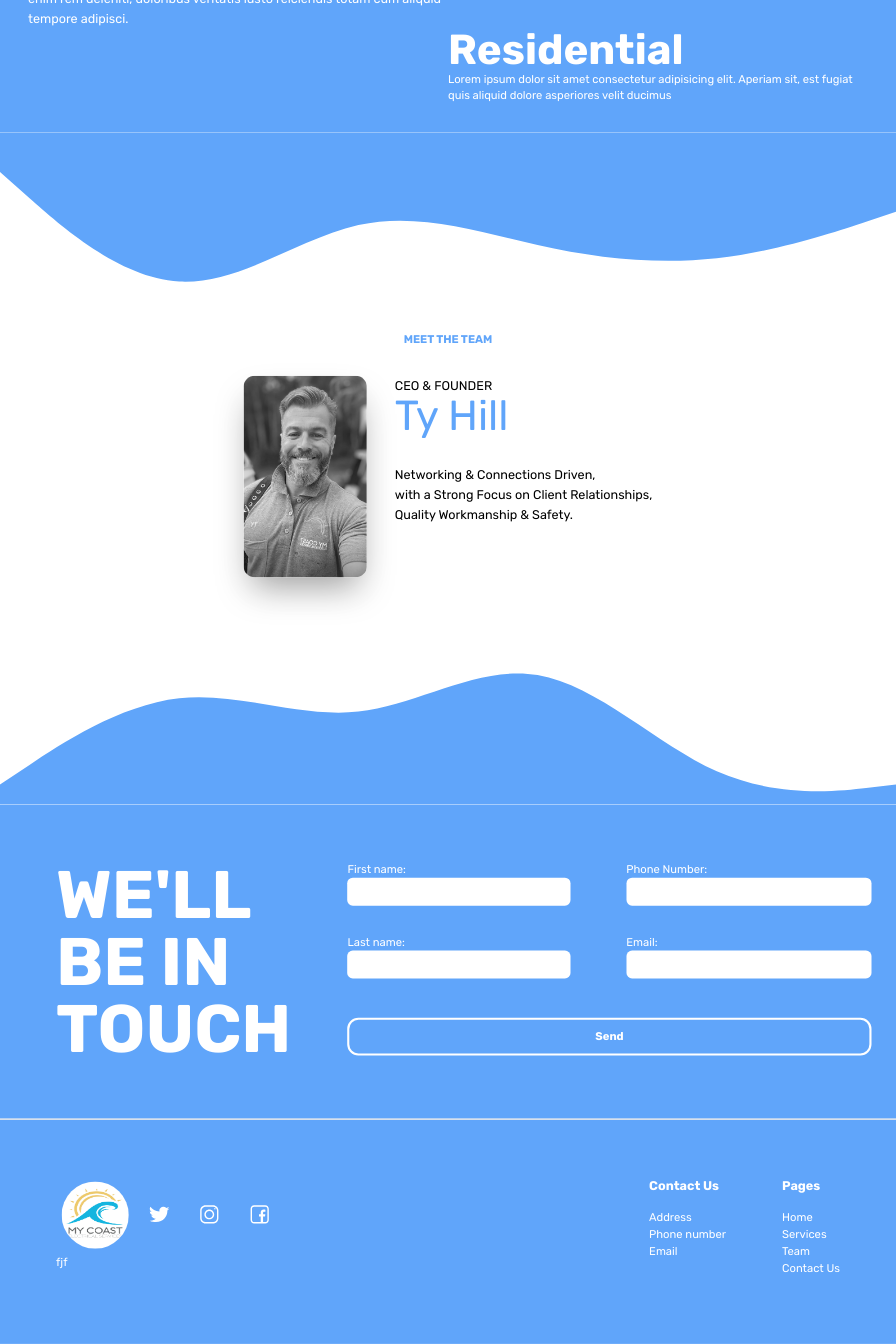
Repository: Jace-Kington/mce-website
Page: /
These files come from the project's save history. The page is drawn as it stood at one moment and after the next save; the edit follows.
The browser window is 1280 px wide. The pictures show the part of the page from y = 1377 to 3297 px (the page is 3297 px tall), at 70% of full size.
The project was rebuilt for these pictures with package versions that can differ from the ones it lists, and the page was loaded fresh each time. The framework's server and built-in components were replaced by stand-ins that run in the browser. Also part of the build but not shown: next.config.js.

Above is the page before, as saved 2022-11-12 14:29:58.

### pages/index.js

import Navbar from '../components/Navbar'
import Services from '../components/Services'
import MeetUs from '../components/Meet-us'
import ContactUs from '../components/ContactUs'
import Footer from '../components/Footer'

export default function Home() {
  return (
    <div>
      <head>
        <link rel="preconnect" href="https://fonts.googleapis.com"/>
        <link rel="preconnect" href="https://fonts.gstatic.com" crossorigin/>
        <link href="https://fonts.googleapis.com/css2?family=Rubik:ital,wght@0,400;0,500;0,700;0,900;1,800;1,900&display=swap" rel="stylesheet"/>
        <meta charset="UTF-8"/>
        <meta name="viewport" content="width=device-width, initial-scale=1.0, user-scalable=0"/>
        <title>My Coat Electrical</title>
      </head>
      <Navbar/>
      <Services/>
      <MeetUs/>
      <ContactUs/>
      <Footer/>
    </div>
  )
}

### styles/globals.css
@tailwind base;
@tailwind components;
@tailwind utilities;

* {
  font-family: 'Rubik';
}

### components/Navbar.jsx
import React from 'react'
import Image from 'next/image'
import image_2 from '../assets/logo-1.png'
import HamburgerMenu from './Hamburger'
import Link from 'next/link'

const Navbar = () => {
  return (
    <div className=''>
      <div className='flex justify-between items-center md:hidden'>
      <Image alt = "" src={image_2} className='rounded-full p-2 h-28 w-28' />

        <HamburgerMenu className = ''/>
      </div>

      <div className='md:flex hidden justify-between items-center ml-5 mr-5'>
        <Image alt = "" src={image_2} className='rounded-full p-2 h-28 w-28' />
        <div className='flex gap-10 items-center'>
          <a className='hover:text-blue-400 transition ease-in' href='#services-section'>
            Services
          </a>

          <a className='hover:text-blue-400 transition ease-in ' href="#meet-us">
            Team
          </a>

          <div className=''>
            <a className='bg-blue-400 hover:bg-blue-500 transition ease-in rounded-2xl p-3' href="#contact-us">
              <span className='text-white'>Enquire Now</span>
            </a>
          </div>

        </div>
      </div>

      <div className='sm:grid sm:grid-cols-2'>
        <div className='text-center sm:text-left text-blue-400 mt-12 ml-12'>
          <div className='text-5xl sm:text-7xl'>
            The Best
          </div>
          <strong className='text-5xl sm:text-7xl'>Trade Services</strong>
          <div className='text-5xl sm:text-7xl'>
            On the Sunny Coast
          </div>

          <div className='outline-rounded mt-12 bg-white'>
            <a  style = {{'border-width': '4px', 'border-color': '#60a5fa'}} className='rounded-2xl hover:bg-blue-400 hover:text-white transition p-4' href="#contact-us">
              Get Started
            </a>
          </div>
        </div>
        <div className='md:flex hidden'>
            <Image src={image_2} alt= ""/>
        </div>
      </div>
      <svg xmlns="http://www.w3.org/2000/svg" viewBox="0 0 1440 320"><path fill="#60a5fa" fill-opacity="1" d="M0,192L48,186.7C96,181,192,171,288,160C384,149,480,139,576,144C672,149,768,171,864,197.3C960,224,1056,256,1152,261.3C1248,267,1344,245,1392,234.7L1440,224L1440,320L1392,320C1344,320,1248,320,1152,320C1056,320,960,320,864,320C768,320,672,320,576,320C480,320,384,320,288,320C192,320,96,320,48,320L0,320Z"></path></svg>
    </div>
  )
}

export default Navbar

### components/Services.tsx
import React from 'react'

const Services = () => {
  return (
    <div id = 'services-section' className = 'bg-blue-400'>
        <div className = 'text-white text-center font-semibold text-lg uppercase underline-offset-1'>Our Services</div>
        <div className = 'grid grid-cols-2 m-10'>
            <div className = ''>
                <div className = 'text-white text-3xl sm:text-6xl font-bold'>Commercial</div>
                <div className = 'text-white text-lg'>Lorem ipsum dolor sit, amet consectetur adipisicing elit. Eaque culpa at enim rem deleniti, doloribus veritatis iusto reiciendis totam cum aliquid tempore adipisci. </div>
            </div>
            <div className = ''>

            </div>
            <div>

            </div>
            <div>
                <div className = 'text-white text-3xl sm:text-6xl font-bold'>Residential</div>
                <div className = 'text-white'>Lorem ipsum dolor sit amet consectetur adipisicing elit. Aperiam sit, est fugiat quis aliquid dolore asperiores velit ducimus </div>
            </div>
        </div>
        <svg className = 'bg-white' xmlns="http://www.w3.org/2000/svg" viewBox="0 0 1440 320">
        <path fill="#60a5fa" fill-opacity="1" d="M0,64L48,106.7C96,149,192,235,288,240C384,245,480,171,576,149.3C672,128,768,160,864,181.3C960,203,1056,213,1152,202.7C1248,192,1344,160,1392,144L1440,128L1440,0L1392,0C1344,0,1248,0,1152,0C1056,0,960,0,864,0C768,0,672,0,576,0C480,0,384,0,288,0C192,0,96,0,48,0L0,0Z"></path>
        </svg>
    </div>
  )
}

export default Services

### components/Meet-us.tsx
import React from 'react'
import Image from 'next/image'
import image_2 from '../assets/ty-photo.png'


const MeetUs = () => {
  return (
    <div id = "meet-us" className = 'max-w-[100%]'>
        <div className = 'text-blue-400 uppercase font-semibold text-center'>Meet the Team</div>

        <div className = 'justify-center flex gap-10 m-10'>
            <div>
              <Image alt = "" className = 'rounded-2xl shadow-2xl shadow-blue-400 grayscale h-72 w-44' src = {image_2}/>
            </div>
            <div>
                <div className = 'uppercase text-lg'>CEO & Founder</div>
                <div className = 'text-6xl text-blue-400 pb-10'>Ty Hill</div>
                <div className = 'text-lg'>
                  <div className = ''>Networking & Connections Driven, </div>
                  <div>with a Strong Focus on Client Relationships,</div>
                  <div>Quality Workmanship & Safety.</div>
                </div>

            </div>
        </div>

        <svg xmlns="http://www.w3.org/2000/svg" viewBox="0 0 1440 320"><path fill="#60a5fa" fill-opacity="1" d="M0,288L48,256C96,224,192,160,288,149.3C384,139,480,181,576,170.7C672,160,768,96,864,112C960,128,1056,224,1152,266.7C1248,309,1344,299,1392,293.3L1440,288L1440,320L1392,320C1344,320,1248,320,1152,320C1056,320,960,320,864,320C768,320,672,320,576,320C480,320,384,320,288,320C192,320,96,320,48,320L0,320Z"></path></svg>
    </div>
  )
}

export default MeetUs

### components/ContactUs.jsx
import React, { useRef } from 'react'
import emailjs from '@emailjs/browser'
import { ToastContainer, toast } from 'react-toastify'
import 'react-toastify/dist/ReactToastify.css'

const ContactUs = () => {
  const toast_success = () => { toast('Email Sent!'); }
  const toast_fail = () => { toast('Error'); }

  const form = useRef();

  const sendEmail = (e) => {
    e.preventDefault();

    emailjs.sendForm('service_16oy9kb', 'template_p83nfjr', form.current, '7jHtCbxop4BW2nz9r')
      .then((result) => {
          console.log(result.text);
          toast_success();
      }, (error) => {
          console.log(error.text);
          toast_fail();
      });
  };

  return (
    <div id = "contact-us" className = 'bg-blue-400'>
        <div className = 'sm:flex'>
          <div className = 'text-white uppercase font-semibold p-20 text-8xl'>
              <div className='md:flex hidden'>We&apos;ll</div>
              <div className='md:flex hidden'>Be In</div>
              <div className='md:flex hidden'>Touch</div>
          </div>
          <div className='text-white uppercase text-center text-4xl font-semibold md:hidden'>
            We'll Be in Touch
          </div>
          <form ref = {form} onSubmit = {sendEmail} className = 'pt-20'>
            <div className = 'flex gap-20 '>
              <div className = 'flex flex-col gap-10'>
                <div>
                  <label className = 'text-white' for="fname">First name:</label>
                  <input className = 'rounded-lg p-2 outline-1 outline-white w-full' type="text" id="fname" name="fname"/>
                </div>
                <div>
                  <label className = 'text-white' for="lname">Last name:</label>
                  <input className = 'rounded-lg p-2 outline-1 outline-white w-full' type="text" id="lname" name="lname"/>
                </div>
              </div>
              <div>
              <div className = 'flex flex-col gap-10'>
                <div>
                  <label className = 'text-white' for="phonenumber">Phone Number:</label>
                  <input className = 'rounded-lg p-2 outline-1 outline-white w-full' type="text" id="phonenumber" name="phonenumber"/>
                </div>
                <div>
                  <label className = 'text-white' for="email">Email:</label>
                  <input className = 'rounded-lg p-2 outline-1 outline-white w-full' type="text" id="email" name="email"/>
                </div>
              </div>
              </div>
            </div>

            <div>
              <button style = {{'border-width': '3px', 'border-color': 'white'}} className = 'text-center w-full p-3 rounded-2xl font-semibold hover:text-blue-400 text-white transition ease-in bg-blue-400 hover:bg-white mt-14'>Send</button>
              <ToastContainer
  position="top-right"
  autoClose={5000}
  hideProgressBar={true}
  newestOnTop={false}
  closeOnClick
  rtl={false}
  pauseOnFocusLoss
  draggable
  pauseOnHover
  toastStyle = {{'background-color': 'rgb(34 197 94)', 'color': 'white', 'border-radius': '1rem', 'padding': '15px'}}
  />
            </div>
          </form>
        </div>
      </div>
  )
}

export default ContactUs

### components/Footer.tsx
import React from 'react'
import image_2 from '../assets/logo-1.png'
import Image from 'next/image'

const Footer = () => {
  return (
    <div className = 'border-t-2 border-gray pb-4 bg-blue-400'>
        <div className = 'flex justify-between text-white p-20'>
            <div className = ''>
                <div className = 'flex items-center gap-5'>
                <Image alt = "" src= {image_2} className = 'items-start rounded-full p-2 h-28 w-28'/>

                <div className = 'flex gap-10 text-white'>
                    <svg fill="#fff" xmlns="http://www.w3.org/2000/svg"  viewBox="0 0 16 16" width="32px" height="32px"><path d="M 15 3.296875 C 14.476563 3.523438 13.949219 3.691406 13.367188 3.746094 C 13.949219 3.410156 14.417969 2.84375 14.648438 2.226563 C 14.066406 2.5625 13.484375 2.789063 12.84375 2.902344 C 12.257813 2.339844 11.5 2 10.683594 2 C 9.109375 2 7.824219 3.242188 7.824219 4.765625 C 7.824219 4.988281 7.824219 5.214844 7.882813 5.386719 C 4.875 5.386719 2.8125 3.691406 1.414063 2 C 1.121094 2.394531 1.003906 2.902344 1.003906 3.410156 C 1.003906 4.367188 1.53125 5.214844 2.289063 5.722656 C 1.820313 5.667969 1.355469 5.554688 1.003906 5.386719 C 1.003906 5.386719 1.003906 5.386719 1.003906 5.441406 C 1.003906 6.796875 1.996094 7.921875 3.28125 8.148438 C 3.046875 8.203125 2.8125 8.261719 2.519531 8.261719 C 2.347656 8.261719 2.171875 8.261719 1.996094 8.207031 C 2.347656 9.335938 3.976563 10.632813 5.257813 10.632813 C 4.265625 11.363281 3.34375 12 1.5 12 C 1.265625 12 1.453125 12 1 12 C 2.28125 12.789063 3.800781 13 5.375 13 C 10.683594 13 13.542969 8.769531 13.542969 5.101563 C 13.542969 4.988281 13.542969 4.878906 13.542969 4.765625 C 14.125 4.367188 14.59375 3.863281 15 3.296875"/></svg>
                    <svg fill="#fff" xmlns="http://www.w3.org/2000/svg"  viewBox="0 0 16 16" width="32px" height="32px"><path d="M 4.773438 1 C 2.695313 1 1 2.695313 1 4.773438 L 1 10.230469 C 1 12.304688 2.695313 14 4.773438 14 L 10.230469 14 C 12.304688 14 14 12.304688 14 10.226563 L 14 4.773438 C 14 2.695313 12.304688 1 10.226563 1 Z M 4.773438 2 L 10.226563 2 C 11.765625 2 13 3.234375 13 4.773438 L 13 10.226563 C 13 11.765625 11.765625 13 10.230469 13 L 4.773438 13 C 3.234375 13 2 11.765625 2 10.230469 L 2 4.773438 C 2 3.234375 3.234375 2 4.773438 2 Z M 11.5 3 C 11.222656 3 11 3.222656 11 3.5 C 11 3.777344 11.222656 4 11.5 4 C 11.777344 4 12 3.777344 12 3.5 C 12 3.222656 11.777344 3 11.5 3 Z M 7.5 4 C 5.574219 4 4 5.574219 4 7.5 C 4 9.425781 5.574219 11 7.5 11 C 9.425781 11 11 9.425781 11 7.5 C 11 5.574219 9.425781 4 7.5 4 Z M 7.5 5 C 8.886719 5 10 6.113281 10 7.5 C 10 8.886719 8.886719 10 7.5 10 C 6.113281 10 5 8.886719 5 7.5 C 5 6.113281 6.113281 5 7.5 5 Z"/></svg>
                    <svg fill="#fff" xmlns="http://www.w3.org/2000/svg"  viewBox="0 0 16 16" width="32px" height="32px"><path d="M 3.5 1 C 2.1250151 1 1 2.1250151 1 3.5 L 1 11.5 C 1 12.874985 2.1250151 14 3.5 14 L 11.5 14 C 12.874985 14 14 12.874985 14 11.5 L 14 3.5 C 14 2.1250151 12.874985 1 11.5 1 L 3.5 1 z M 3.5 2 L 11.5 2 C 12.335015 2 13 2.6649849 13 3.5 L 13 11.5 C 13 12.335015 12.335015 13 11.5 13 L 9.9042969 13 L 9.9042969 8.9667969 L 11.300781 8.9667969 L 11.509766 7.3574219 L 9.9042969 7.3574219 L 9.9042969 6.3320312 C 9.9042969 5.8660312 10.034031 5.5488281 10.707031 5.5488281 L 11.566406 5.5488281 L 11.566406 4.109375 C 11.417406 4.089375 10.907453 4.046875 10.314453 4.046875 C 9.0764531 4.046875 8.2304688 4.795875 8.2304688 6.171875 L 8.2304688 7.3574219 L 7 7.3535156 L 7 8.9628906 L 8.2304688 8.9667969 L 8.2304688 13 L 3.5 13 C 2.6649849 13 2 12.335015 2 11.5 L 2 3.5 C 2 2.6649849 2.6649849 2 3.5 2 z"/></svg>
                </div>
                </div>


                <div className = ''>
                    <div>fjf</div>
                </div>
            </div>

            <div className='flex gap-20'>
                <div className = ''>
                    <div className = 'text-lg font-bold pb-5'>
                        Contact Us
                    </div>
                    <div>
                        Address
                    </div>
                    <div>
                        Phone number
                    </div>
                    <div>
                        Email
                    </div>
                </div>

                <div>
                    <div className = 'text-lg font-bold pb-5'>
                        Pages
                    </div>

                    <div>
                        Home
                    </div>
                    <div>
                        Services
                    </div>
                    <div>
                        Team
                    </div>
                    <div>
                        Contact Us
                    </div>
                </div>
            </div>
        </div>
    </div>
  )
}

export default Footer

### components/Hamburger.jsx
import Link from 'next/link'
import { slide as Menu } from 'react-burger-menu'

const HamburgerMenu = () => (<div className='relative p-2'>
    <Menu customBurgerIcon={<HamburgerIcon />} width={'auto'} className='left-0 top-12' >
        <Links />
    </Menu>
</div>)

const HamburgerIcon = () => (<div className='p-1/2'><svg className="w-8 h-8 text-gray-500" fill="none" strokeLinecap="round" strokeLinejoin="round" strokeWidth="2" viewBox="0 0 24 24" stroke="currentColor"><path d="M4 6h16M4 12h16M4 18h16"></path></svg></div>)

export const Links = () => (<>
    <Link href="/">Home</Link>
    <Link href="/about">About</Link>
</>)

export default HamburgerMenu

Loaded but not shown: pages/_app.js (common file); tailwind.config.js (common file)

After the next save:
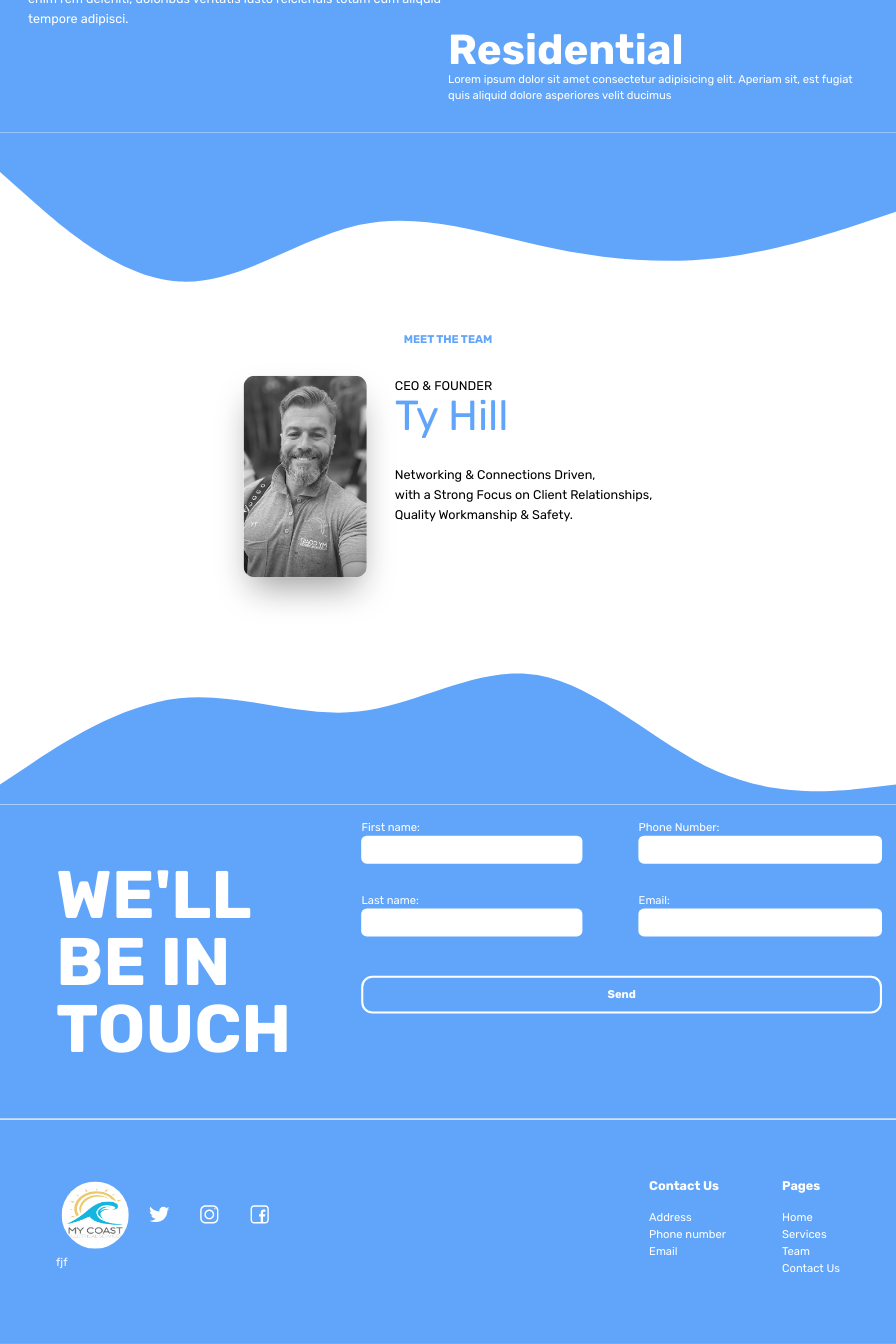
Saved 24 s later.
--- a/components/ContactUs.jsx
+++ b/components/ContactUs.jsx
@@ -33,7 +33,7 @@ const ContactUs = () => {
           <div className='text-white uppercase text-center text-4xl font-semibold md:hidden'>
             We'll Be in Touch
           </div>
-          <form ref = {form} onSubmit = {sendEmail} className = 'pt-20'>
+          <form ref = {form} onSubmit = {sendEmail} className = 'pt-20 p-5 sm:p-5'>
             <div className = 'flex gap-20 '>
               <div className = 'flex flex-col gap-10'>
                 <div>
